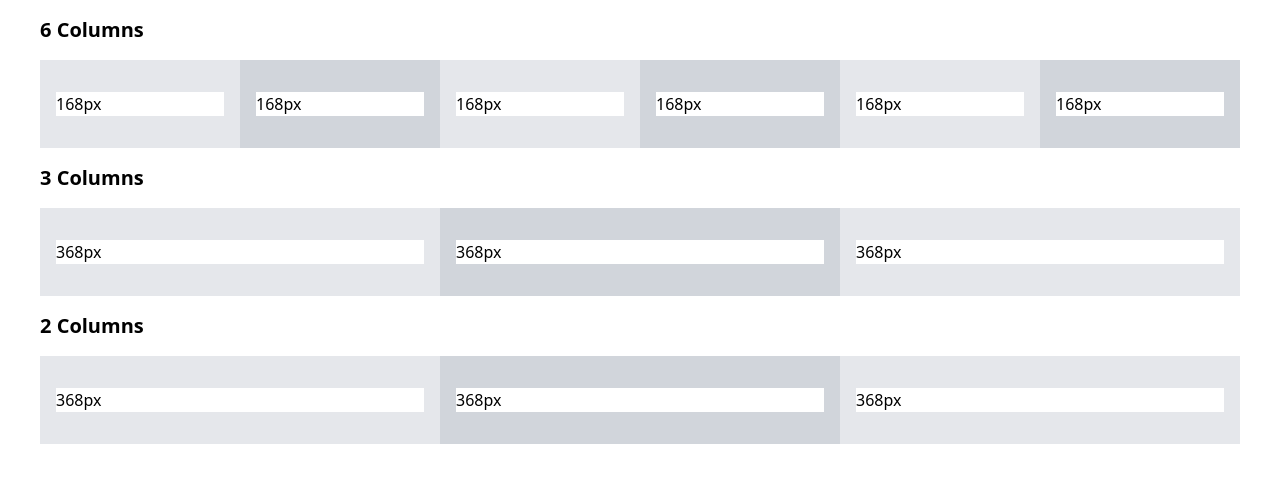
Repository: fabianwurk/vue-tailwind
Page: /
The author's editor kept a copy of each file at every save. The page is drawn from the files as they stood at one save, then again after the next save.
The browser window is 1280 px wide. The pictures show the whole page.
The project was rebuilt for these pictures with package versions that can differ from the ones it lists, and the page was loaded fresh each time. Also part of the build but not shown: vite.config.js.

Above is the page before, as saved 2021-03-15 23:11:39.

### src/App.vue
<template>
  <Tail />
  <Wind />
</template>

<script setup>
import Tail from './components/Tail.vue';
// import Wind from './components/Wind.vue';

</script>

### src/components/Tail.vue
<template>
  <div>

  <div class="container mx-auto">
    <h2 class="text-xl font-bold my-4">6 Columns</h2>
    <div class="flex items-center">
      <div class="w-1/6 bg-gray-200 py-8 px-4">
        <span class="bg-white w-full block">168px</span>
      </div>
      <div class="w-1/6 bg-gray-300 py-8 px-4">
        <span class="bg-white w-full block">168px</span>
      </div>
      <div class="w-1/6 bg-gray-200 py-8 px-4">
        <span class="bg-white w-full block">168px</span>
      </div>
      <div class="w-1/6 bg-gray-300 py-8 px-4">
        <span class="bg-white w-full block">168px</span>
      </div>
      <div class="w-1/6 bg-gray-200 py-8 px-4">
        <span class="bg-white w-full block">168px</span>
      </div>
      <div class="w-1/6 bg-gray-300 py-8 px-4">
        <span class="bg-white w-full block">168px</span>
      </div>
    </div>
  </div>

  <div class="container mx-auto">
    <h2 class="text-xl font-bold my-4">3 Columns</h2>
    <div class="flex items-center">
      <div class="w-1/3 bg-gray-200 py-8 px-4">
        <span class="bg-white w-full block">368px</span>
      </div>
      <div class="w-1/3 bg-gray-300 py-8 px-4">
        <span class="bg-white w-full block">368px</span>
      </div>
      <div class="w-1/3 bg-gray-200 py-8 px-4">
        <span class="bg-white w-full block">368px</span>
      </div>
    </div>
  </div>

  <div class="container mx-auto">
    <h2 class="text-xl font-bold my-4">2 Columns</h2>
    <div class="flex items-center">
      <div class="w-1/3 bg-gray-200 py-8 px-4">
        <span class="bg-white w-full block">368px</span>
      </div>
      <div class="w-1/3 bg-gray-300 py-8 px-4">
        <span class="bg-white w-full block">368px</span>
      </div>
      <div class="w-1/3 bg-gray-200 py-8 px-4">
        <span class="bg-white w-full block">368px</span>
      </div>
    </div>
  </div>

  </div>
</template>

### tailwind.config.js
module.exports = {
  purge: ['./index.html', './src/**/*.{vue,js,ts,jsx,tsx}'],
  darkMode: false, // or 'media' or 'class'
  theme: {
    extend: {
      screens: {
        'xl': {'min': '1200px', 'max': '1280px'},
        '2xl': {'max': '1280px'},
      },
    },
  },
  variants: {
    extend: {},
  },
  plugins: [],
}

Loaded but not shown: index.html (common file); src/main.js (common file); src/index.css (common file)

After the next save:
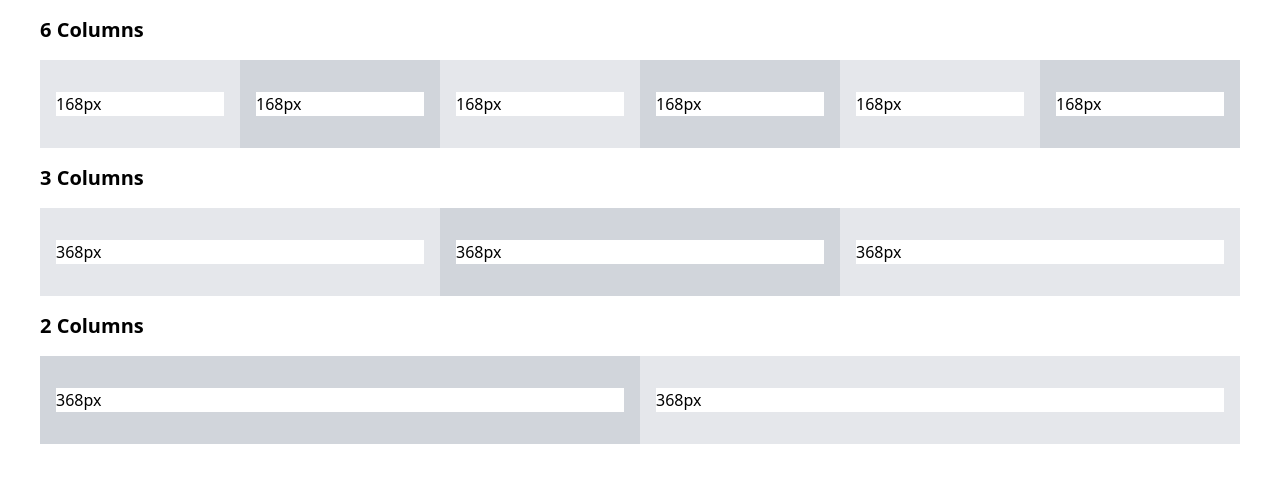
Saved 10 s later.
--- a/src/components/Tail.vue
+++ b/src/components/Tail.vue
@@ -43,13 +43,10 @@
   <div class="container mx-auto">
     <h2 class="text-xl font-bold my-4">2 Columns</h2>
     <div class="flex items-center">
-      <div class="w-1/3 bg-gray-200 py-8 px-4">
+      <div class="w-1/2 bg-gray-300 py-8 px-4">
         <span class="bg-white w-full block">368px</span>
       </div>
-      <div class="w-1/3 bg-gray-300 py-8 px-4">
-        <span class="bg-white w-full block">368px</span>
-      </div>
-      <div class="w-1/3 bg-gray-200 py-8 px-4">
+      <div class="w-1/2 bg-gray-200 py-8 px-4">
         <span class="bg-white w-full block">368px</span>
       </div>
     </div>
